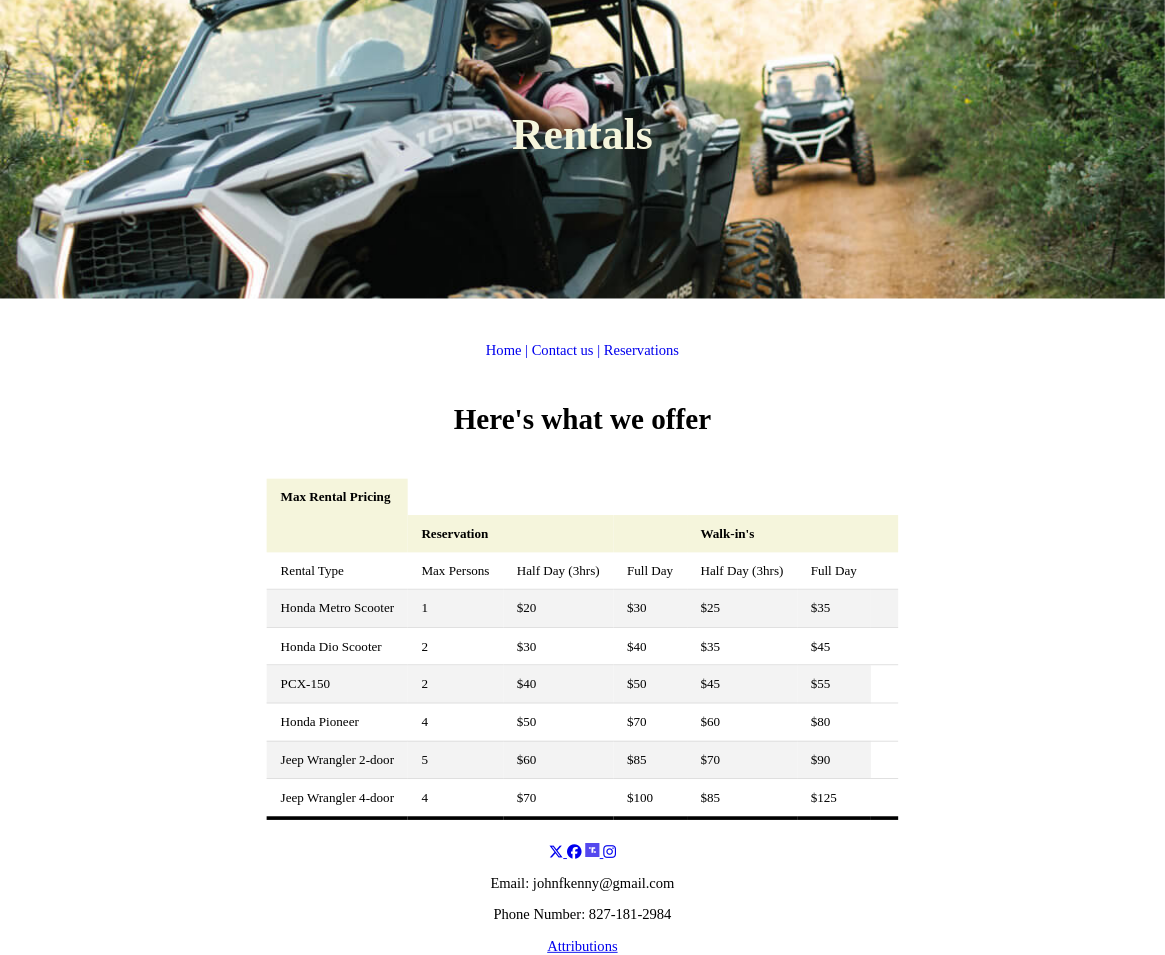
Repository: nak97/WDD230
Page: scoots/rentals-page/rentals-page.html
The author's editor kept a copy of each file at every save. The page is drawn from the files as they stood at one save, then again after the next save.
The browser window is 1280 px wide. The pictures show the whole page, at 91% of full size.
Some web libraries are served in a nearby version.

Above is the page before, as saved 2023-12-11 17:46:37.

After the next save:
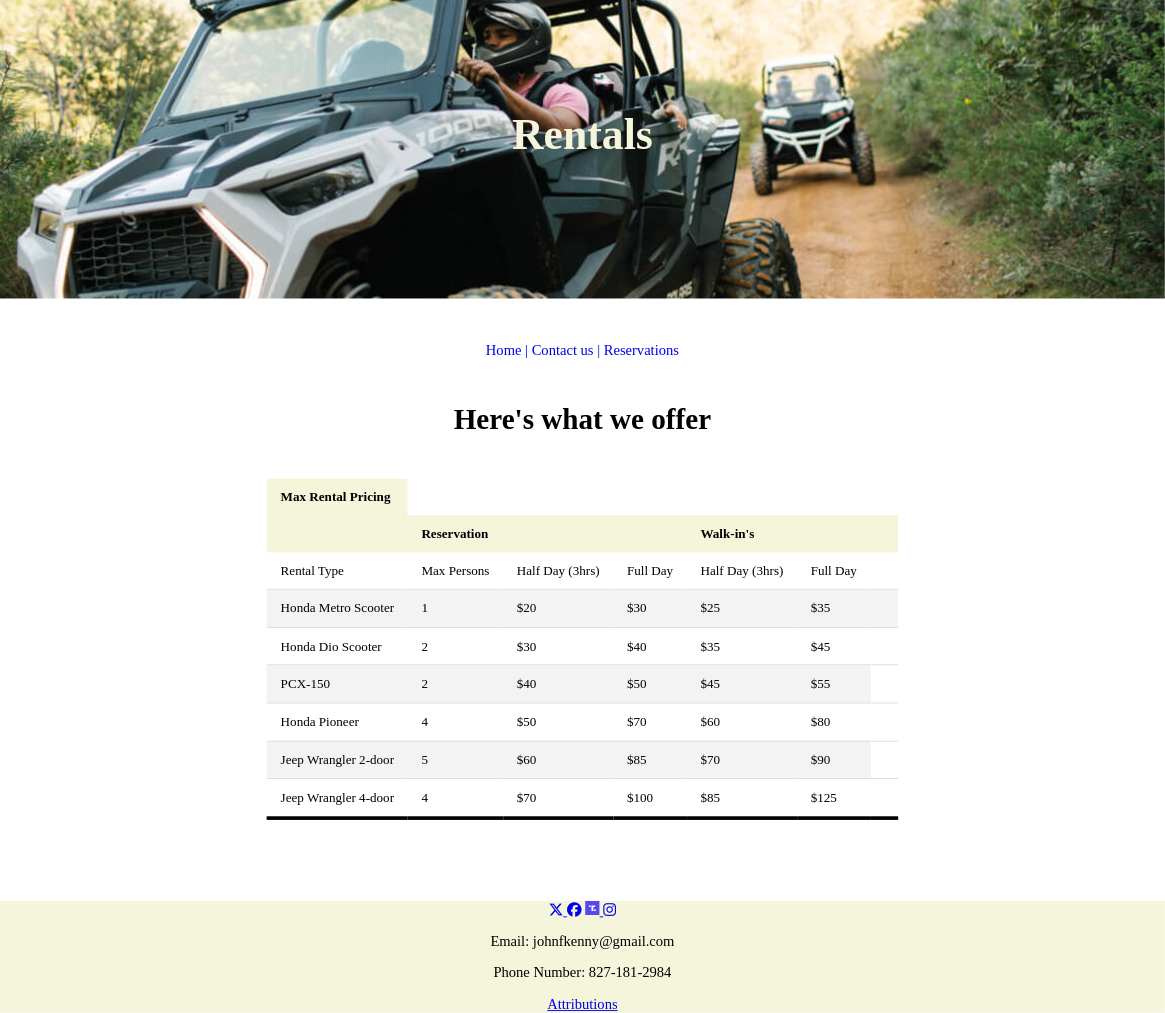
Saved 44 s later.
--- a/scoots/rentals-page/styles/base.css
+++ b/scoots/rentals-page/styles/base.css
@@ -72,6 +72,8 @@ border-bottom:4px solid black;
 
 footer {
   text-align: center;
+  margin-top: 4rem;
+  background-color: beige;
 }
 
 .truth-social-icon {
